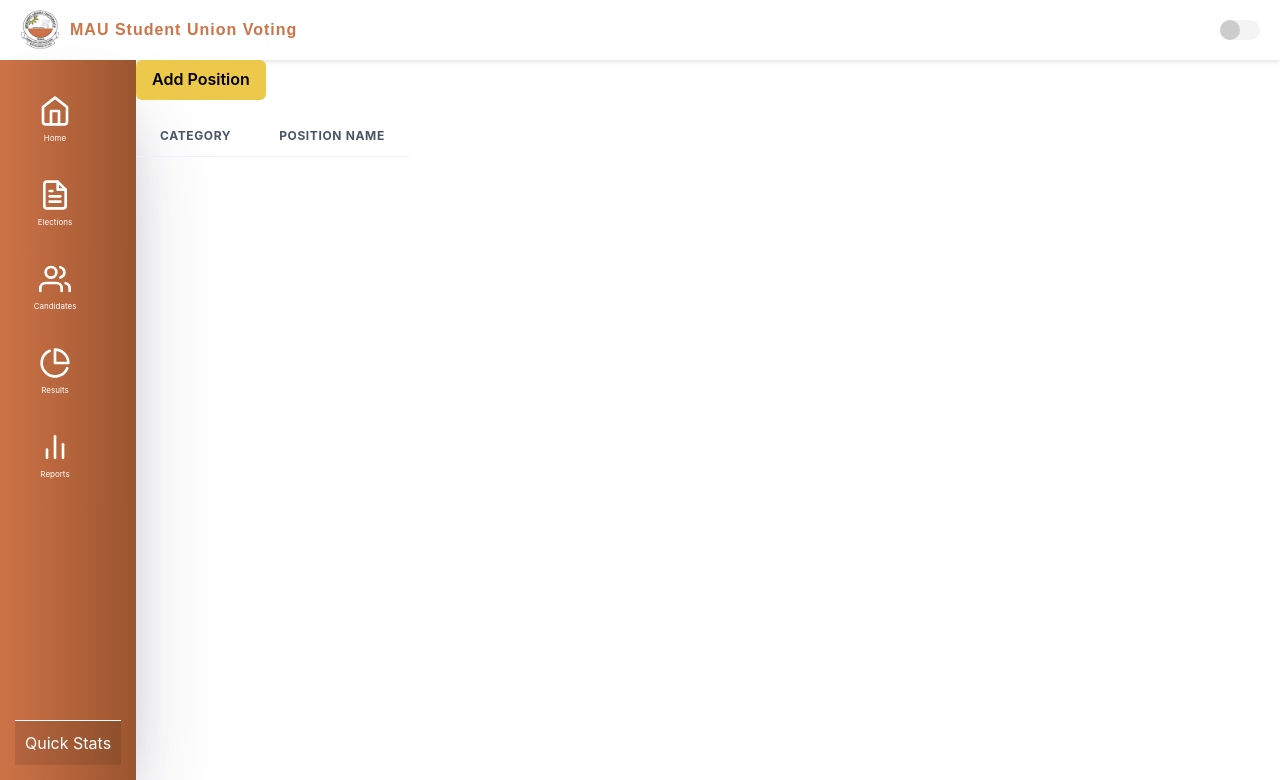
Repository: joena1o/e-vote
Page: /ElectionCommittee-dashboard/election-list
These files come from the project's save history. The page is drawn as it stood at one moment and after the next save; the edit follows.
The browser window is 1280 px wide. The pictures show the whole page.
The project was rebuilt for these pictures with package versions that can differ from the ones it lists, and the page was loaded fresh each time. Also part of the build but not shown: src/components/EnhancedLogin.js, src/components/maincontent/RegisterStudents/ManageStudents.js, src/components/maincontent/RegisterStudents/RegisterStudents.js, src/components/maincontent/RegisterStudents/StudentManagement.js, src/components/maincontent/ElectionResults/ViewResults.js, src/components/maincontent/Settings/Settings.js, src/api/index.js, src/components/maincontent/home/Home.styles.js and 16 more.

Above is the page before, as saved 2023-10-27 02:59:37.

After the next save:
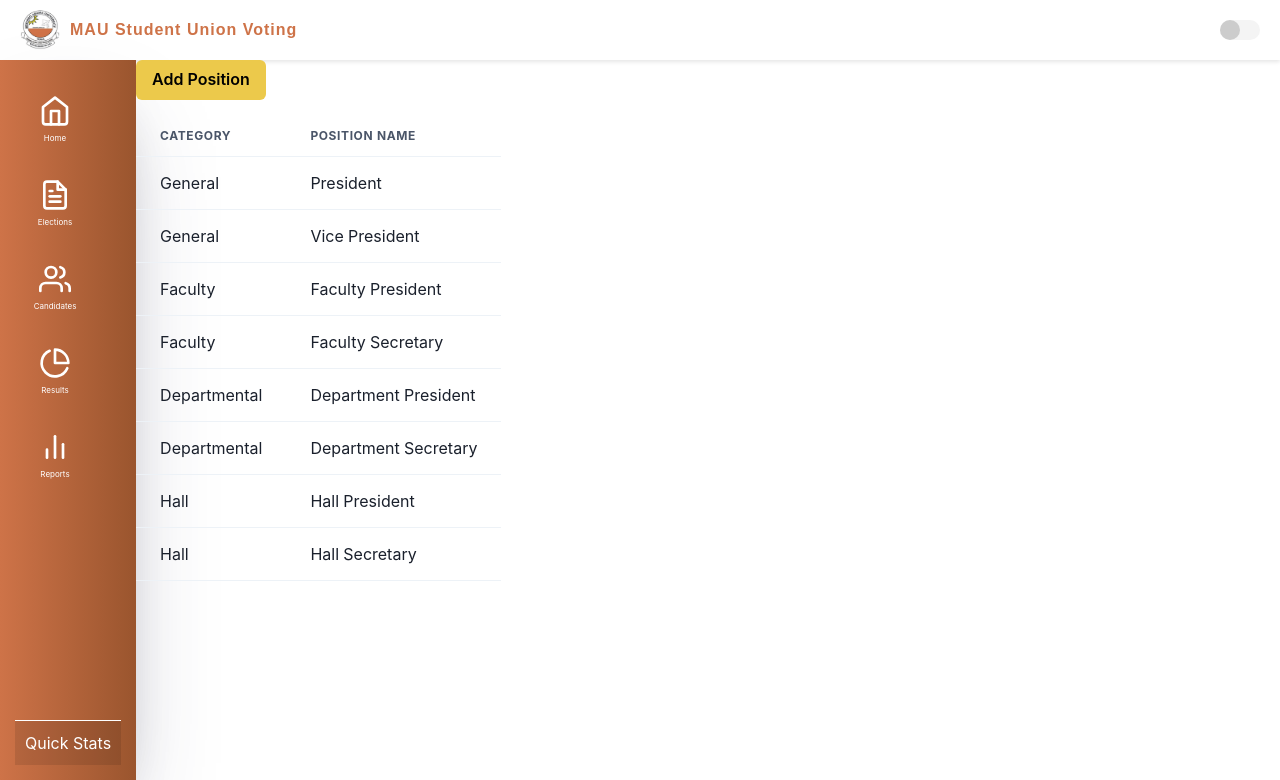
Saved 3 min 53 s later.
--- a/src/components/maincontent/ManageElections/ElectionList.js
+++ b/src/components/maincontent/ManageElections/ElectionList.js
@@ -23,20 +23,25 @@ import {
 import Select from 'react-select';
 
 const PositionList = () => {
-  const [positions, setPositions] = useState([]);
-  const [isModalOpen, setIsModalOpen] = useState(false);
-
-  const initialPositions = {
+  const [positions, setPositions] = useState({
     General: [
       { name: 'President' },
       { name: 'Vice President' },
     ],
-    Faculty: [],
-    Departmental: [],
-    Hall: [],
-  };
-
-
+    Faculty: [
+      { name: 'Faculty President' },
+      { name: 'Faculty Secretary' },
+    ],
+    Departmental: [
+      { name: 'Department President' },
+      { name: 'Department Secretary' },
+    ],
+    Hall: [
+      { name: 'Hall President' },
+      { name: 'Hall Secretary' },
+    ],
+  });
+  const [isModalOpen, setIsModalOpen] = useState(false);
 
   const [newPosition, setNewPosition] = useState({
     category: 'General',
